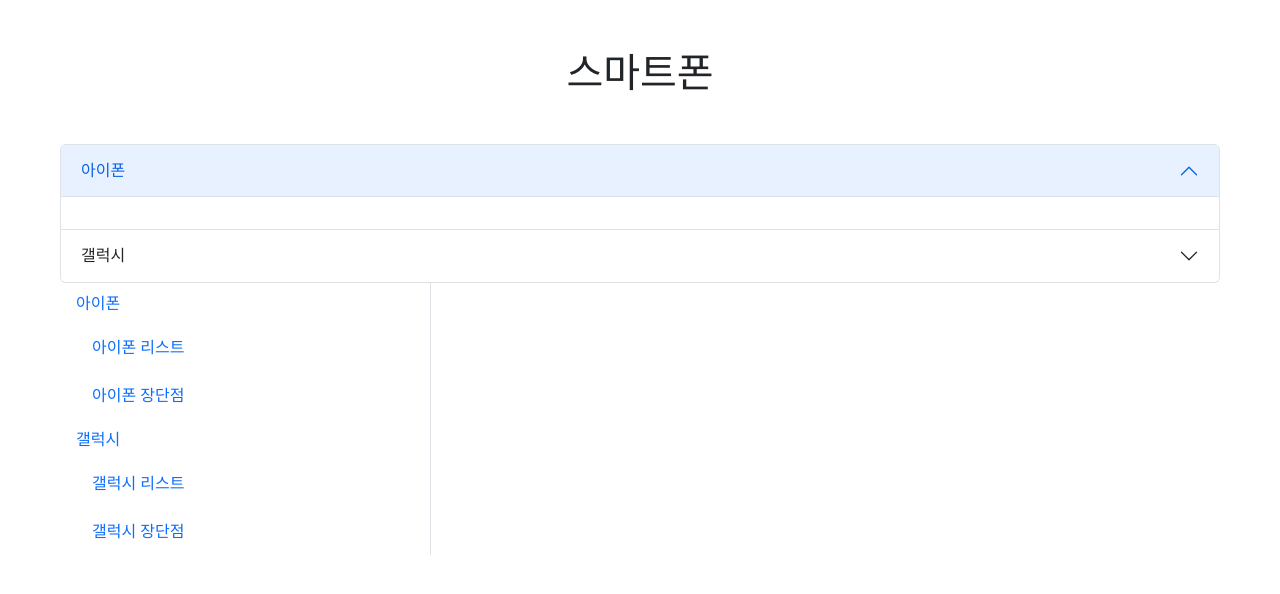
Repository: gwangso/web
Page: http://localhost/practice01/
An editor plug-in stored every save of this project. The page is shown before and after the next save, followed by the edit.
The browser window is 1280 px wide. The pictures show the whole page.
Some web libraries are served in a nearby version. The page is served by Tomcat 9. Other server files are loaded and not shown.

Above is the page before, as saved 2023-07-25 04:45:41.

### practice01/src/main/webapp/home.jsp
<%@ page language="java" contentType="text/html; charset=UTF-8"
	pageEncoding="UTF-8"%>
<!DOCTYPE html>
<html>
<head>
<meta charset="UTF-8">
<title>스마트폰비교</title>
<!-- j쿼리 -->
<script src="http://code.jquery.com/jquery-1.9.1.js"></script>
<!-- 핸들바 -->
<script
	src="https://cdnjs.cloudflare.com/ajax/libs/handlebars.js/3.0.1/handlebars.js"></script>
<!-- 부트스트랩 -->
<!-- CSS only -->
<link
	href="https://cdn.jsdelivr.net/npm/bootstrap@5.2.3/dist/css/bootstrap.min.css"
	rel="stylesheet"
	integrity="sha384-rbsA2VBKQhggwzxH7pPCaAqO46MgnOM80zW1RWuH61DGLwZJEdK2Kadq2F9CUG65"
	crossorigin="anonymous">
<!-- JavaScript Bundle with Popper -->
<script
	src="https://cdn.jsdelivr.net/npm/bootstrap@5.2.3/dist/js/bootstrap.bundle.min.js"
	integrity="sha384-kenU1KFdBIe4zVF0s0G1M5b4hcpxyD9F7jL+jjXkk+Q2h455rYXK/7HAuoJl+0I4"
	crossorigin="anonymous"></script>
</head>
<body>
	<div class="row m-5">
		<div class="col">
			<h1 class="text-center mb-5">스마트폰</h1>

			<div class="accordion" id="accordionExample">
				<div class="accordion-item">
					<h2 class="accordion-header" id="headingOne">
						<button class="accordion-button" type="button"
							data-bs-toggle="collapse" data-bs-target="#collapseOne"
							aria-expanded="true" aria-controls="collapseOne">
							아이폰</button>
					</h2>
					<div id="collapseOne" class="accordion-collapse collapse show"
						aria-labelledby="headingOne" data-bs-parent="#accordionExample">
						<div class="accordion-body">

						</div>
					</div>
				</div>
				<div class="accordion-item">
					<h2 class="accordion-header" id="headingTwo">
						<button class="accordion-button collapsed" type="button"
							data-bs-toggle="collapse" data-bs-target="#collapseTwo"
							aria-expanded="false" aria-controls="collapseTwo">
							갤럭시</button>
					</h2>
					<div id="collapseTwo" class="accordion-collapse collapse"
						aria-labelledby="headingTwo" data-bs-parent="#accordionExample">
						<div class="accordion-body">

						</div>
					</div>
				</div>
			</div>

			<div class="row">
				<div class="col-4">
					<nav id="navbar-example3"
						class="h-100 flex-column align-items-stretch pe-4 border-end">
						<nav class="nav nav-pills flex-column">
							<a class="nav-link" href="#item-1">아이폰</a>
							<nav class="nav nav-pills flex-column">
								<a class="nav-link ms-3 my-1" href="/smartphone/iphones/list">아이폰
									리스트</a> <a class="nav-link ms-3 my-1"
									href="/smartphone/iphones/prosandcons">아이폰 장단점</a>
							</nav>
							<a class="nav-link" href="#item-2">갤럭시</a>
							<nav class="nav nav-pills flex-column">
								<a class="nav-link ms-3 my-1" href="/smartphone/galaxies/list">갤럭시
									리스트</a> <a class="nav-link ms-3 my-1"
									href="/smartphone/galaxies/prosandcons">갤럭시 장단점</a>
							</nav>
						</nav>
					</nav>
				</div>
			</div>
		</div>
	</div>
</body>
</html>

### practice01/src/main/java/controller/HomeController.java
package controller;

import java.io.IOException;

import javax.servlet.RequestDispatcher;
import javax.servlet.ServletException;
import javax.servlet.annotation.WebServlet;
import javax.servlet.http.HttpServlet;
import javax.servlet.http.HttpServletRequest;
import javax.servlet.http.HttpServletResponse;

@WebServlet("/")
public class HomeController extends HttpServlet {
	private static final long serialVersionUID = 1L;

    public HomeController() {
        super();
    }

	protected void doGet(HttpServletRequest request, HttpServletResponse response) throws ServletException, IOException {
		request.setAttribute("pageName", "main.jsp");
		RequestDispatcher dis = request.getRequestDispatcher("home.jsp");
		dis.forward(request, response);
	}

	protected void doPost(HttpServletRequest request, HttpServletResponse response) throws ServletException, IOException {
	}
}

After the next save:
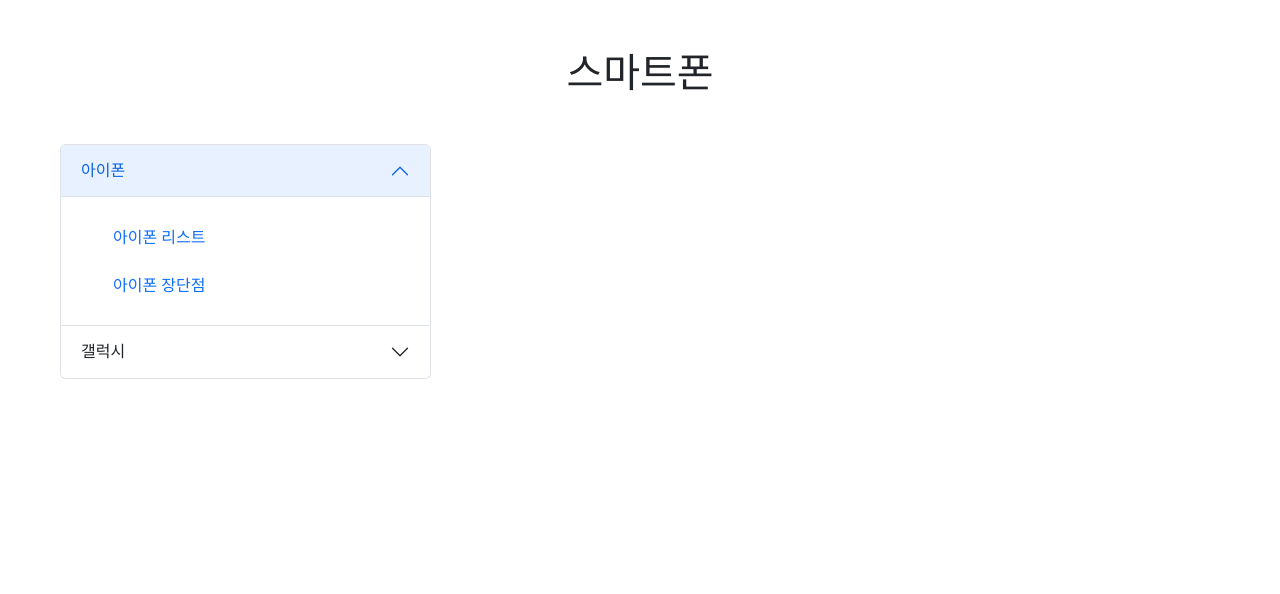
Saved 4 min 27 s later.
--- a/practice01/src/main/webapp/home.jsp
+++ b/practice01/src/main/webapp/home.jsp
@@ -27,60 +27,45 @@
 	<div class="row m-5">
 		<div class="col">
 			<h1 class="text-center mb-5">스마트폰</h1>
-
-			<div class="accordion" id="accordionExample">
-				<div class="accordion-item">
-					<h2 class="accordion-header" id="headingOne">
-						<button class="accordion-button" type="button"
-							data-bs-toggle="collapse" data-bs-target="#collapseOne"
-							aria-expanded="true" aria-controls="collapseOne">
-							아이폰</button>
-					</h2>
-					<div id="collapseOne" class="accordion-collapse collapse show"
-						aria-labelledby="headingOne" data-bs-parent="#accordionExample">
-						<div class="accordion-body">
-
+			<div class="row">
+				<div class="col-4">
+					<div class="accordion">
+						<div class="accordion-item">
+							<h2 class="accordion-header" id="headingOne">
+								<button class="accordion-button" type="button"
+									data-bs-toggle="collapse" data-bs-target="#collapseOne"
+									aria-expanded="true" aria-controls="collapseOne">아이폰</button>
+							</h2>
+							<div id="collapseOne" class="accordion-collapse collapse show"
+								aria-labelledby="headingOne" data-bs-parent="#accordionExample">
+								<div class="accordion-body">
+									<nav class="nav nav-pills flex-column">
+										<a class="nav-link ms-3 my-1" href="/smartphone/iphones/list">아이폰 리스트</a>
+										<a class="nav-link ms-3 my-1" href="/smartphone/iphones/prosandcons">아이폰 장단점</a>
+									</nav>
+								</div>
+							</div>
 						</div>
-					</div>
-				</div>
-				<div class="accordion-item">
-					<h2 class="accordion-header" id="headingTwo">
-						<button class="accordion-button collapsed" type="button"
-							data-bs-toggle="collapse" data-bs-target="#collapseTwo"
-							aria-expanded="false" aria-controls="collapseTwo">
-							갤럭시</button>
-					</h2>
-					<div id="collapseTwo" class="accordion-collapse collapse"
-						aria-labelledby="headingTwo" data-bs-parent="#accordionExample">
-						<div class="accordion-body">
-
+						<div class="accordion-item">
+							<h2 class="accordion-header" id="headingTwo">
+								<button class="accordion-button collapsed" type="button"
+									data-bs-toggle="collapse" data-bs-target="#collapseTwo"
+									aria-expanded="false" aria-controls="collapseTwo">갤럭시</button>
+							</h2>
+							<div id="collapseTwo" class="accordion-collapse collapse"
+								aria-labelledby="headingTwo" data-bs-parent="#accordionExample">
+								<div class="accordion-body">
+									<a class="nav-link ms-3 my-1" href="/smartphone/galaxies/list">갤럭시 리스트</a>
+									<a class="nav-link ms-3 my-1" href="/smartphone/galaxies/prosandcons">갤럭시 장단점</a>
+								</div>
+							</div>
 						</div>
 					</div>
 				</div>
 			</div>
-
-			<div class="row">
-				<div class="col-4">
-					<nav id="navbar-example3"
-						class="h-100 flex-column align-items-stretch pe-4 border-end">
-						<nav class="nav nav-pills flex-column">
-							<a class="nav-link" href="#item-1">아이폰</a>
-							<nav class="nav nav-pills flex-column">
-								<a class="nav-link ms-3 my-1" href="/smartphone/iphones/list">아이폰
-									리스트</a> <a class="nav-link ms-3 my-1"
-									href="/smartphone/iphones/prosandcons">아이폰 장단점</a>
-							</nav>
-							<a class="nav-link" href="#item-2">갤럭시</a>
-							<nav class="nav nav-pills flex-column">
-								<a class="nav-link ms-3 my-1" href="/smartphone/galaxies/list">갤럭시
-									리스트</a> <a class="nav-link ms-3 my-1"
-									href="/smartphone/galaxies/prosandcons">갤럭시 장단점</a>
-							</nav>
-						</nav>
-					</nav>
-				</div>
-			</div>
 		</div>
+	</div>
+	</div>
 	</div>
 </body>
 </html>
